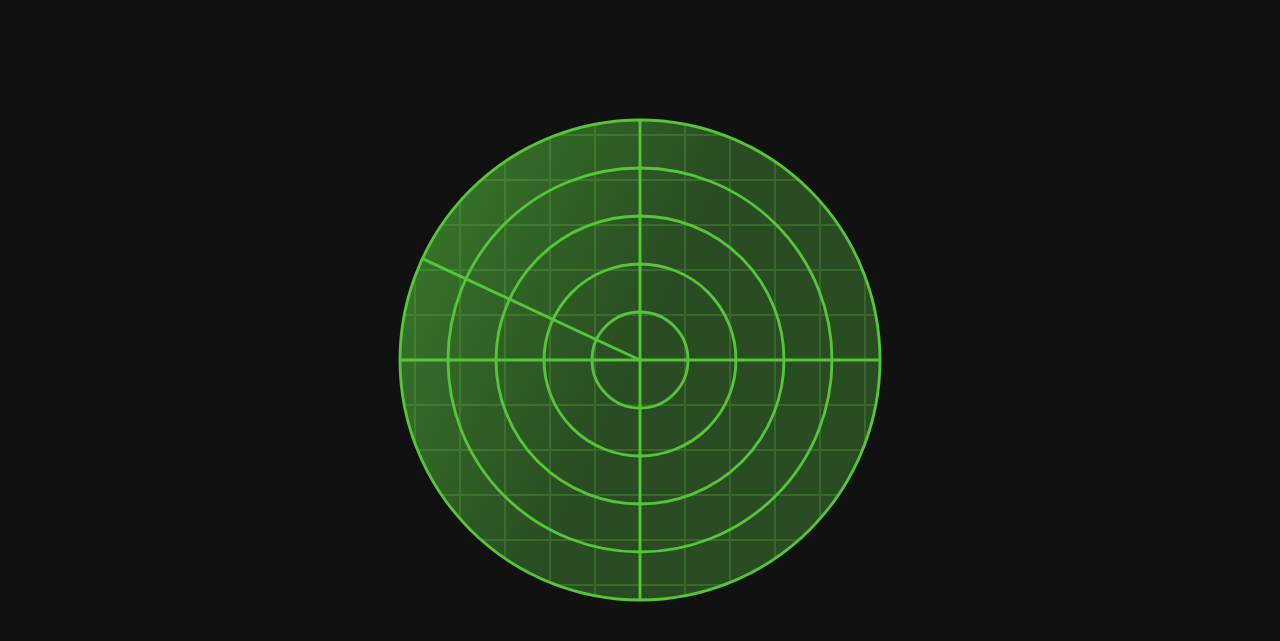
Repository: pedro-mancano/ProjetoCDM204
Page: scripts/radar.html
The author's editor kept a copy of each file at every save. The page is drawn from the files as they stood at one save, then again after the next save.
The browser window is 1280 px wide. The pictures show the whole page.

Above is the page before, as saved 2024-11-27 16:39:55.

### scripts/radar.html
<html>

<head>
  <title>Radars</title>
  <link rel="stylesheet" type="text/css" href="./radar.css">
</head>

<body>
  <div class="radar">
    <canvas id="radarCanvas" width="400" height="400"></canvas>
  </div>
  <script src="./radar.js"></script>

</html>

### scripts/radar.css
html,
body {
  background-color: #111;
  height: 100%;
  margin: 0;
  width: 100%;
}

.radar {
  height: 100%;
  width: 100%;
  display: flex;
}

#radarCanvas {
  margin: auto;
  position: relative;
}

### scripts/radar.js
const canvas = document.getElementById('radarCanvas');
const ctx = canvas.getContext('2d');
let lastDraw = performance.now();

size = Math.min(window.innerWidth, window.innerHeight);

ctx.canvas.width = size;
ctx.canvas.height = size;

scaleFactor = size / 500;

angle = 5;

function draw(elapsed) {
  ctx.clearRect(0, 0, canvas.width, canvas.height);

  angle += 0.5;

  const height = canvas.height;
  const width = canvas.width;
  const r = canvas.height / 3;
  const R = canvas.height / 2;


  // Draw the radar circle
  ctx.fillStyle = '#294c22';
  ctx.beginPath();
  ctx.arc(R, R, r, 0, 2 * Math.PI);
  ctx.fill();

  //
  ctx.strokeStyle = '#3a682e';
  ctx.lineWidth = scaleFactor;
  for (let i = 0; i < 2 * R; i += R / 8) {
    for (let j = 0; j < 2 * R; j += R / 8) {
      ctx.beginPath();
      ctx.moveTo(i, 0);
      ctx.lineTo(i, 2 * R);
      ctx.stroke();
      ctx.beginPath();
      ctx.moveTo(0, j);
      ctx.lineTo(2 * R, j);
      ctx.stroke();
    }
  }

  // Clear the outside circle
  ctx.globalCompositeOperation = 'destination-in';
  ctx.fillStyle = '#FFFFFF';
  ctx.beginPath();
  ctx.arc(R, R, r, 0, 2 * Math.PI);
  ctx.fill();
  ctx.globalCompositeOperation = 'source-over';


  // Draw grid lines (4 lines, 90 degrees apart)
  ctx.strokeStyle = '#54c638';
  ctx.lineWidth = 2 * scaleFactor;
  for (let i = 0; i < 360; i += 90) {
    ctx.beginPath();
    ctx.moveTo(R, R);
    ctx.lineTo(R + r * Math.cos(i * Math.PI / 180), R + r * Math.sin(i * Math.PI / 180));
    ctx.stroke();
  }

  // Circle outlines 5
  for (let i = 0; i < 6; i++) {
    ctx.beginPath();
    ctx.arc(R, R, r / 5 * i, 0, 2 * Math.PI);
    ctx.stroke();
  }

  // Draw the radar sweep
  ctx.strokeStyle = '#54c638';
  ctx.lineWidth = 2 * scaleFactor;
  ctx.beginPath();
  ctx.moveTo(R, R);
  ctx.lineTo(R + r * Math.cos(-angle * Math.PI / 180), R + r * Math.sin(-angle * Math.PI / 180));
  ctx.stroke();

  // Draw the radar arc sweep (15 deg) low opacity
  const startX = R + r * Math.cos(-angle * Math.PI / 180);
  const startY = R + r * Math.sin(-angle * Math.PI / 180);
  const endX = R + r * Math.cos((-angle + 179) * Math.PI / 180);
  const endY = R + r * Math.sin((-angle + 179) * Math.PI / 180);

  // Create a linear gradient
  const gradient = ctx.createLinearGradient(startX, startY, endX, endY);
  gradient.addColorStop(0, '#54c638'); // Start with red
  gradient.addColorStop(0.5, '#54c63800'); // End with blue

  ctx.fillStyle = gradient;
  ctx.lineWidth = 2 * scaleFactor;
  ctx.globalAlpha = 0.3;
  ctx.beginPath();
  ctx.moveTo(R, R);
  ctx.arc(R, R, r, -angle * Math.PI / 180, (-angle + 360) * Math.PI / 180);
  ctx.fill();
  ctx.globalAlpha = 1;
}

function drawLoop() {
  draw(performance.now() - lastDraw);
  lastDraw = performance.now();
  requestAnimationFrame(drawLoop);
}

requestAnimationFrame(drawLoop);

After the next save:
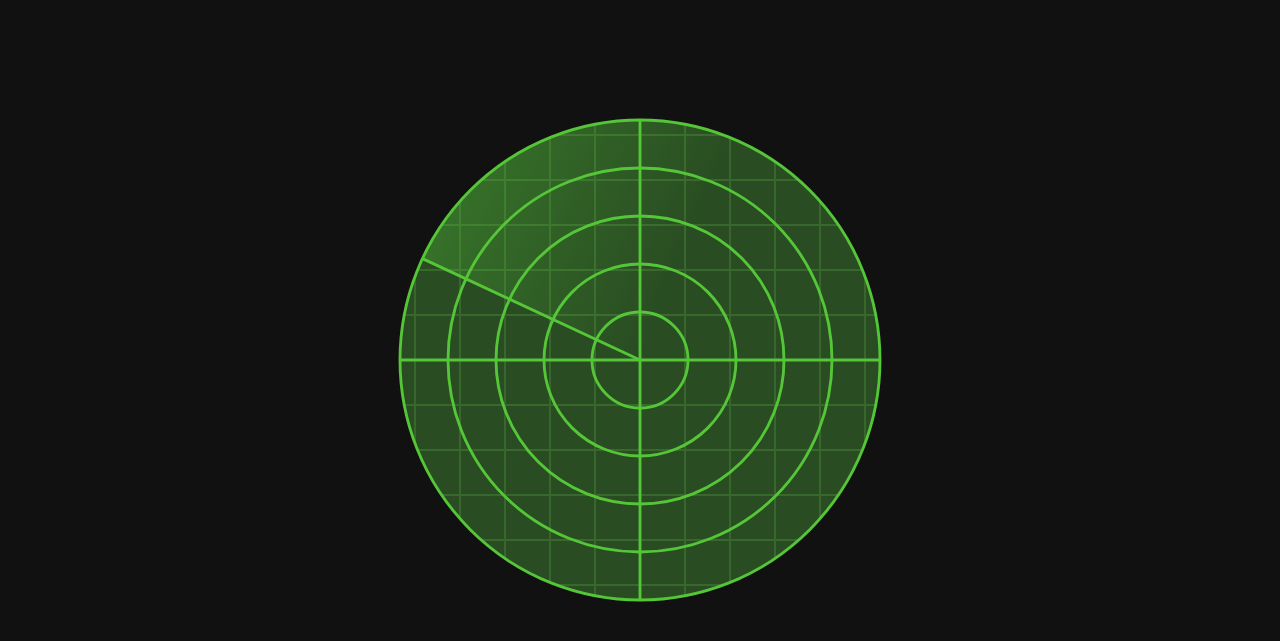
Saved 5 s later.
--- a/scripts/radar.js
+++ b/scripts/radar.js
@@ -94,7 +94,7 @@ function draw(elapsed) {
   ctx.globalAlpha = 0.3;
   ctx.beginPath();
   ctx.moveTo(R, R);
-  ctx.arc(R, R, r, -angle * Math.PI / 180, (-angle + 360) * Math.PI / 180);
+  ctx.arc(R, R, r, -angle * Math.PI / 180, (-angle + 179) * Math.PI / 180);
   ctx.fill();
   ctx.globalAlpha = 1;
 }
